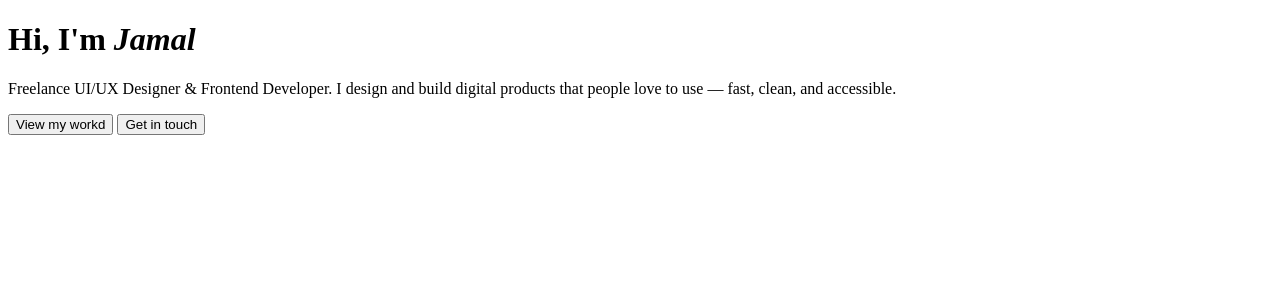
Repository: jamalissef-glitch/exercise1-JS
Page: Exercise33/index.html
An editor plug-in stored every save of this project. The page is shown before and after the next save, followed by the edit.
The browser window is 1280 px wide. The pictures show the whole page.

Above is the page before, as saved 2026-07-14 17:35:48.

### Exercise33/index.html
<!DOCTYPE html>
<html lang="en">

<head>
 <meta charset="UTF-8">
 <meta name="viewport" content="width=device-width, initial-scale=1.0">
 <title>DOM</title>
</head>

<body>

 <h1 id="head">Hi, I'm <em>Jamal</em></h1>
 <p class="desc">Freelance UI/UX Designer & Frontend Developer. I design and build digital products that people love to
  use — fast,
  clean, and accessible.</p>

 <button>View my workd</button>
 <button>Get in touch</button>


</body>

</html>

After the next save:
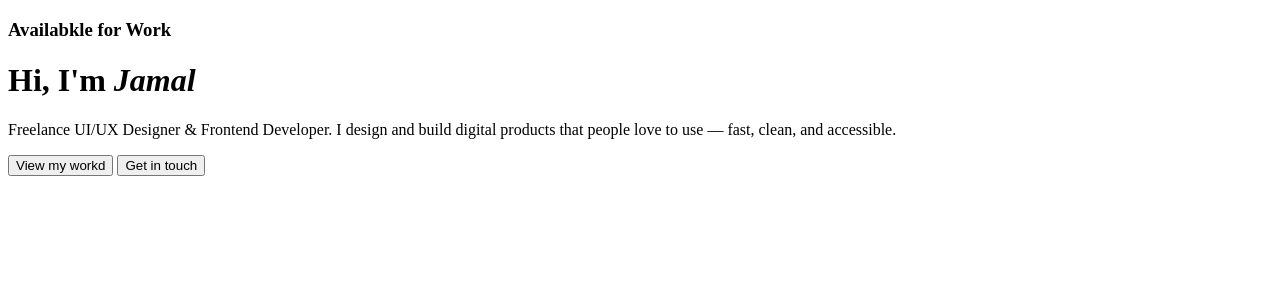
Saved 38 s later.
--- a/Exercise33/index.html
+++ b/Exercise33/index.html
@@ -9,6 +9,7 @@
 
 <body>
 
+ <h3>Availabkle for Work</h3>
  <h1 id="head">Hi, I'm <em>Jamal</em></h1>
  <p class="desc">Freelance UI/UX Designer & Frontend Developer. I design and build digital products that people love to
   use — fast,
